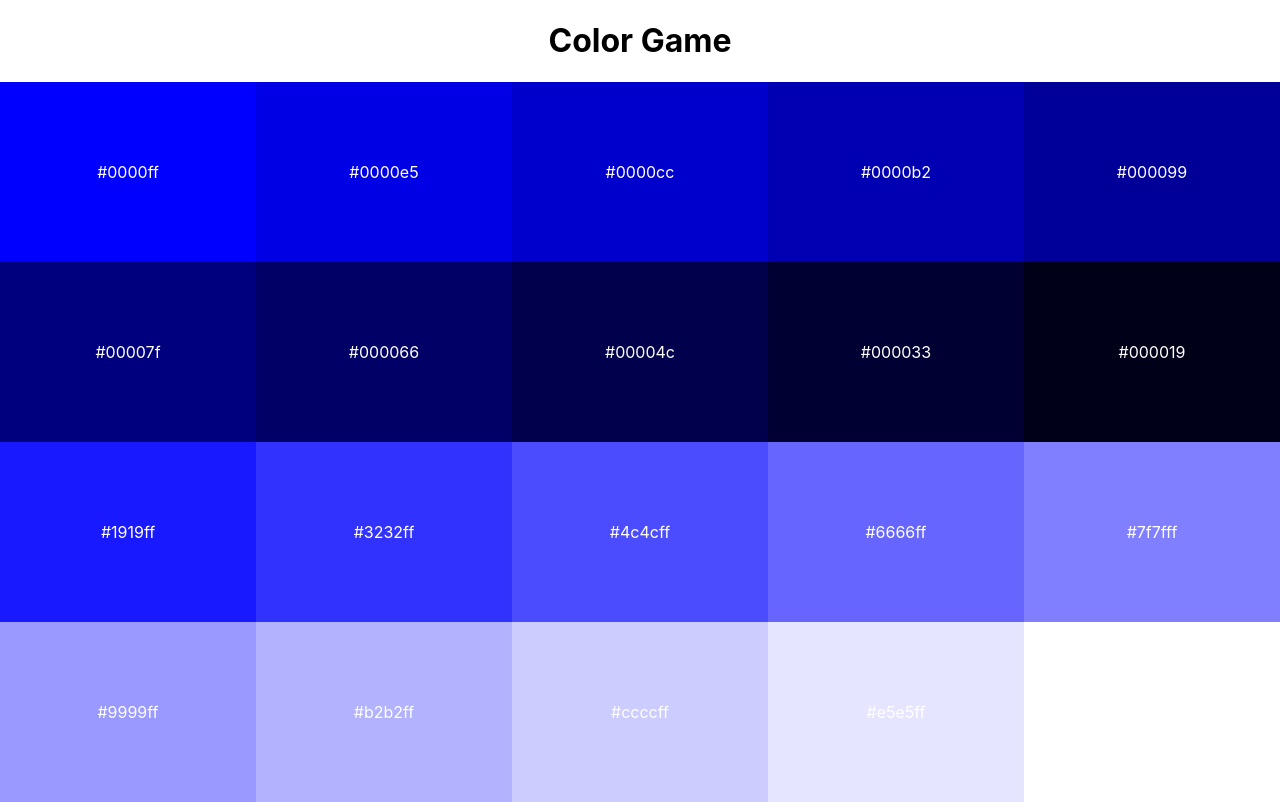
Repository: johnmutina/shades_of_blue
Page: /
These files come from the project's save history. The page is drawn as it stood at one moment and after a run of saves; the edit follows.
The browser window is 1280 px wide. The pictures show the whole page.
The project was rebuilt for these pictures with package versions that can differ from the ones it lists, and the page was loaded fresh each time.

Above is the page before, as saved 2019-06-22 15:11:58.

### src/App.js
import React from 'react';
import ColorBoxes from './ColorBoxes';
import './App.css';

function App() {
  return (
    <div className="App">
      <ColorBoxes />
    </div>
  );
}

export default App;

### src/ColorBoxes.js
import React, { Component } from 'react';
import ColorBox from './ColorBox';

class ColorBoxes extends Component {
    constructor(props){
        super(props);
        this.state = {

        }
        this.handleClick = this.handleClick.bind(this);
    }

    handleClick() {
        console.log("test");
    }

    render(){
        let colorArr = ["#0000ff", "#0000e5", "#0000cc", "#0000b2", "#000099", "#00007f", "#000066", "#00004c", "#000033", "#000019", "#1919ff", "#3232ff", "#4c4cff", "#6666ff", "#7f7fff", "#9999ff", "#b2b2ff", "#ccccff", "#e5e5ff", "#ffffff"];
        return (
            <div>
                <h1>Color Game</h1>
                {colorArr.map(el => <ColorBox color={el} allColors={colorArr}/>)}
            </div>
        )
    }
}

export default ColorBoxes;

### src/ColorBox.js
import React, { Component } from 'react';
import './ColorBox.css';

class ColorBox extends Component {
    constructor(props){
        super(props);
        this.state = {
            color: this.props.color
        }
        this.handleClick = this.handleClick.bind(this);
        this.changeColor = this.changeColor.bind(this);
    }

    changeColor() {
        let newColors = this.props.allColors.filter(val => val !== this.props.color)
        let idx = Math.floor(Math.random() * newColors.length);
        this.setState({ color: newColors[idx] });
    }

    handleClick() {
        this.changeColor();
    }

    render(){
        return (
            <div className="ColorBox" style={{backgroundColor: this.state.color}} onClick={this.handleClick}>{this.props.color}</div>
        )
    }
}

export default ColorBox;

### src/ColorBox.css
.ColorBox {
    display: inline-block;
    color: white;
    width: 20%;
    height: 100px;
    padding-top: 80px;
}

Loaded but not shown: public/index.html (common file); src/index.js (common file); src/index.css (common file); src/serviceWorker.js (common file); src/App.css (common file)

After the next 2 saves:
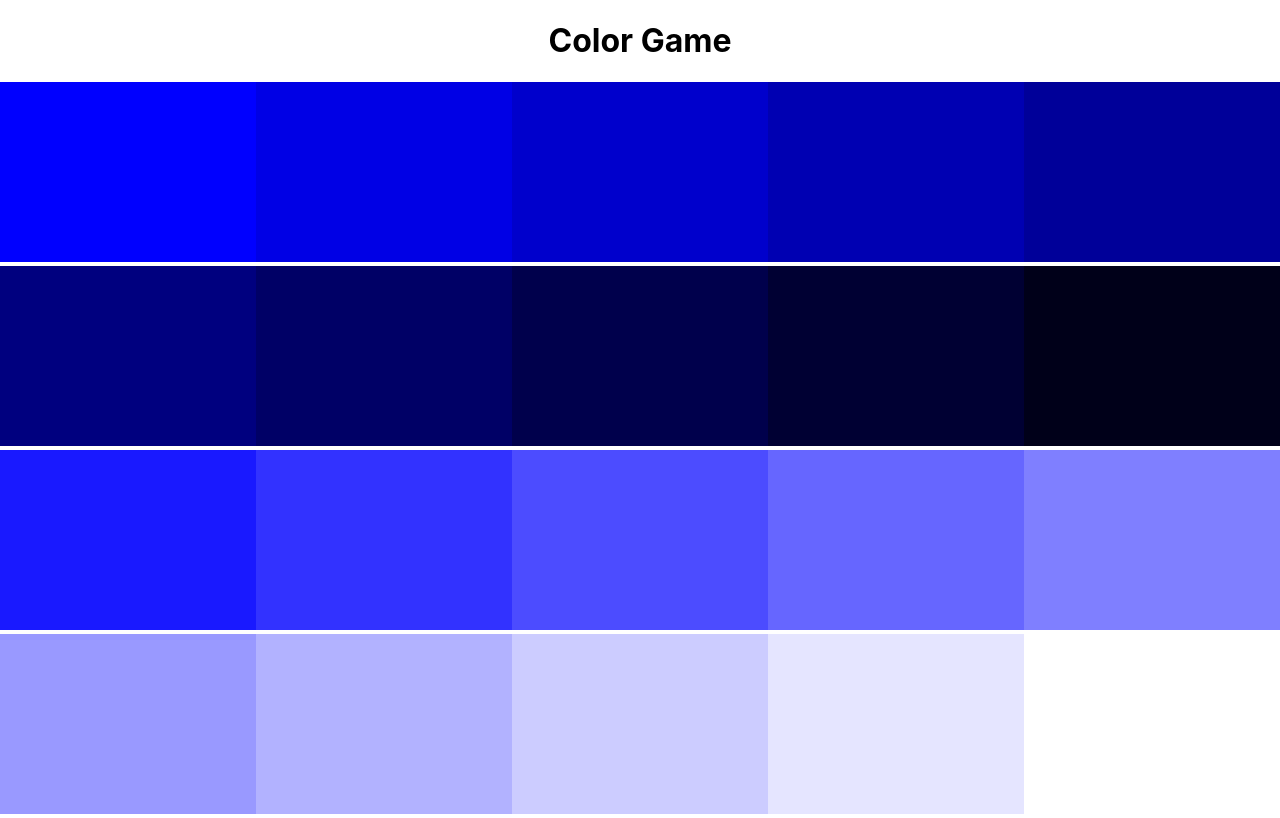
The 2 saves are shown as one change because 1 did not build or start.
The last was saved 26 s later.
--- a/src/ColorBox.js
+++ b/src/ColorBox.js
@@ -23,7 +23,7 @@ class ColorBox extends Component {
 
     render(){
         return (
-            <div className="ColorBox" style={{backgroundColor: this.state.color}} onClick={this.handleClick}>{this.props.color}</div>
+            <div className="ColorBox" style={{backgroundColor: this.state.color}} onClick={this.handleClick}></div>
         )
     }
 }
